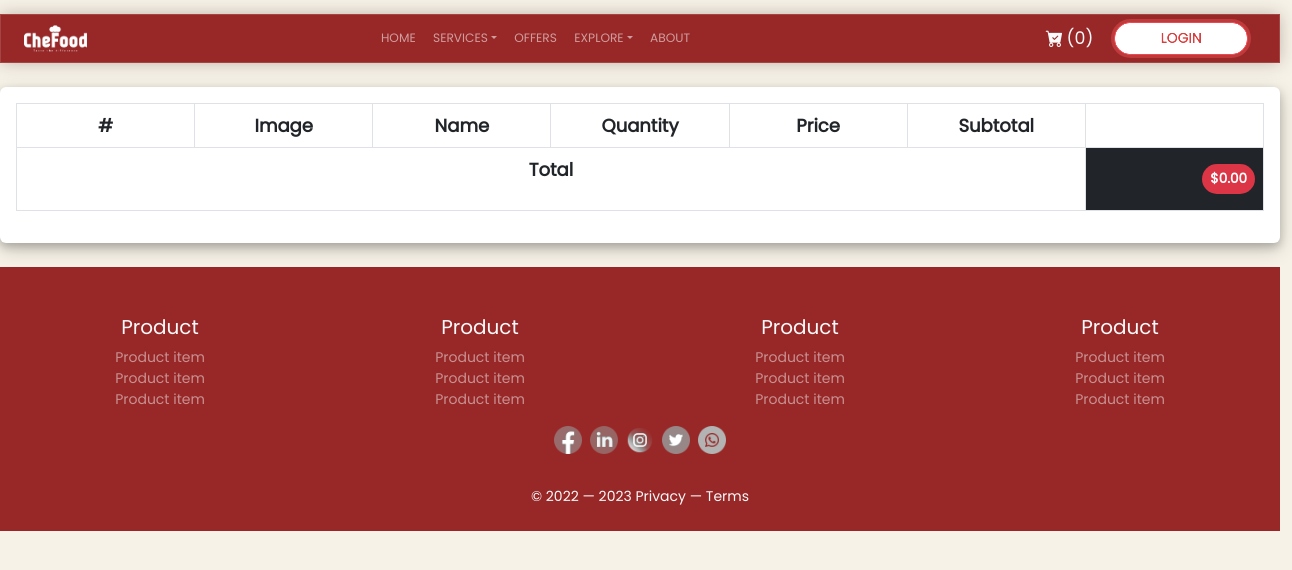
Repository: qamchamine/chefood
Page: /cart (app in front-end/)
These files come from the project's save history. The page is drawn as it stood at one moment and after the next save; the edit follows.
The browser window is 1280 px wide. The page is 1292 px wide, so the pictures cover 1292 px, including what lies to the right of the window. The pictures show the whole page.
The project was rebuilt for these pictures with package versions that can differ from the ones it lists, and the page was loaded fresh each time. Some packages were replaced by stand-ins written for this rebuild. Also part of the build but not shown: front-end/src/css/products.css, front-end/src/components/small_components/ProductCard.jsx, front-end/src/components/small_components/AddProduct.jsx, front-end/src/components/pages/sub-pages/Products.jsx, front-end/src/components/small_components/ButtonMain.jsx, front-end/src/components/small_components/HomeCard.jsx, front-end/src/components/small_components/HomeCardFullSection.jsx, front-end/src/components/pages/Home.jsx and 34 more. Imported but missing from the stored project, and not drawn on this page: front-end/src/sounds/applause.mp3, front-end/src/sounds/wheel.mp3.

Above is the page before, as saved 2023-06-25 19:55:23.

After the next save:
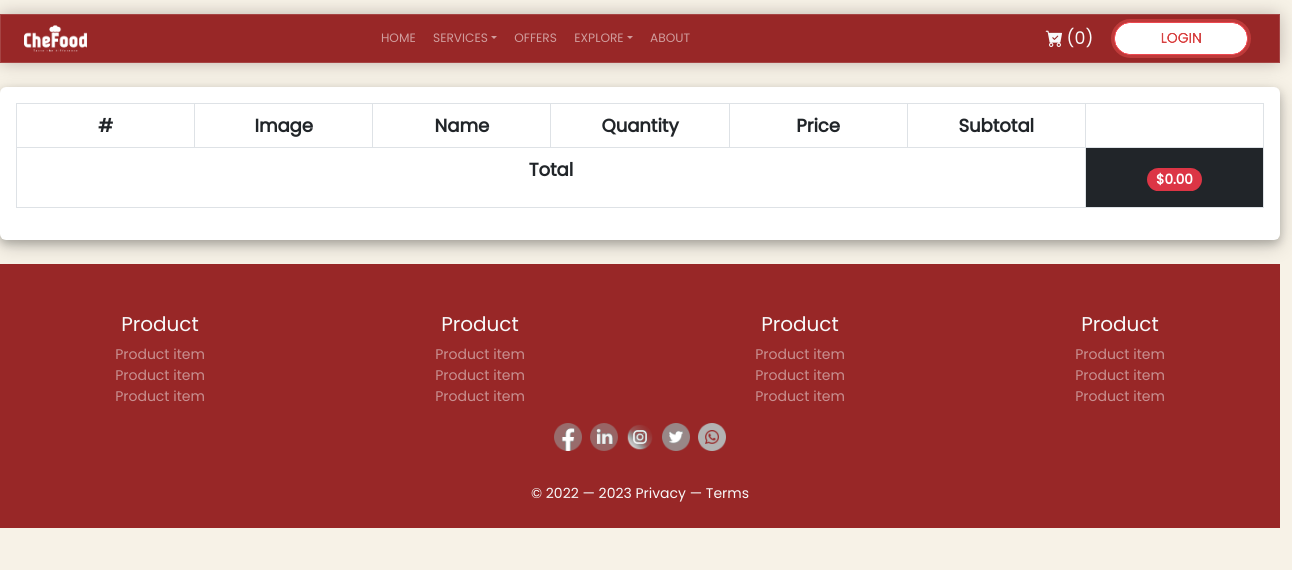
Saved 6 s later.
--- a/front-end/src/components/small_components/shopping/Cart.jsx
+++ b/front-end/src/components/small_components/shopping/Cart.jsx
@@ -70,7 +70,7 @@ export default function Cart() {
                                     Total
                                 </th>
                                 <th colSpan={1} className=" bg-dark py-3">
-                                    <span className="badge bg-danger float-end p-2 text-end rounded-pill ">
+                                    <span className="badge bg-danger text-cetp-2 text-end rounded-pill ">
                                         $
                                         {
                                             orders.reduce((acc,item) => acc += item.product_quantity * prod.find((el,i)=>el.id===item.product_id).price,0).toFixed(2)
